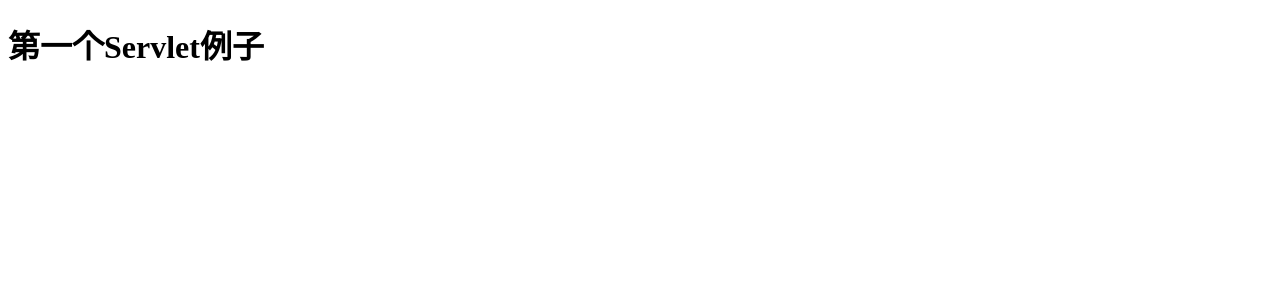
Repository: chengshide/Servlet
Page: http://localhost/EServlet/
These files come from the project's save history. The page is drawn as it stood at one moment and after the next save; the edit follows.
The browser window is 1280 px wide. The pictures show the whole page.
The page is served by Tomcat 9.

Above is the page before, as saved 2020-05-16 01:22:00.

After the next save:
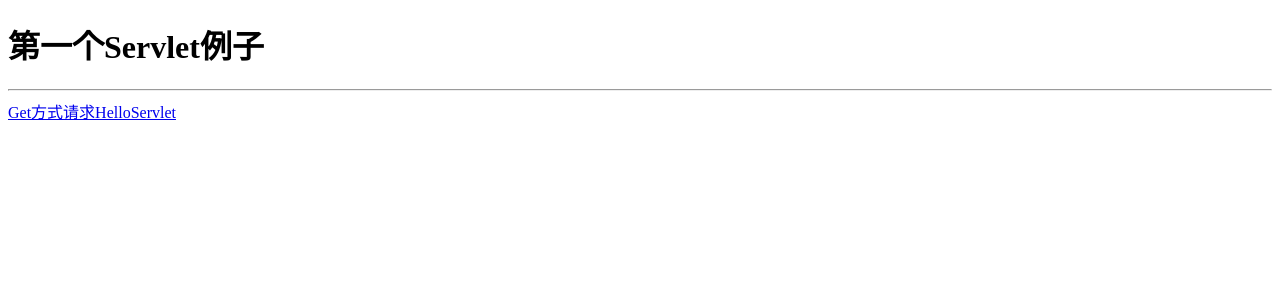
Saved 76 s later.
--- a/eclipseworlk/EServlet/WebContent/index.jsp
+++ b/eclipseworlk/EServlet/WebContent/index.jsp
@@ -8,5 +8,7 @@
 </head>
 <body>
     <h1>第一个Servlet例子</h1>
+    <hr>
+    <a href="servlet/HelloServlet">Get方式请求HelloServlet</a>
 </body>
 </html>
